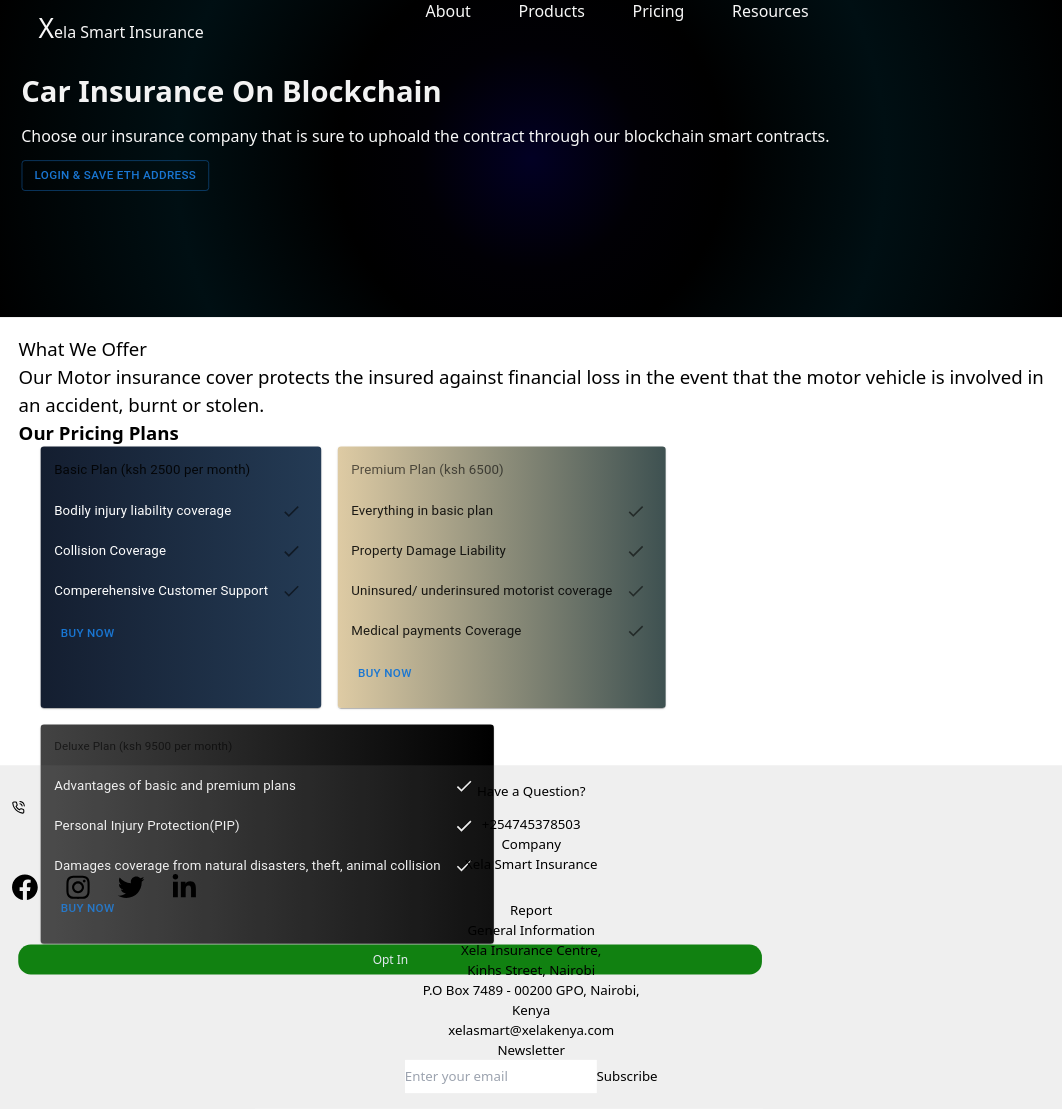
Repository: ALVIN-OBONYO/Xela-smart_insuarance
Page: / (app in frontend/)
An editor plug-in stored every save of this project. The page is shown before and after the next save, followed by the edit.
The browser window is 1280 px wide. The pictures show the whole page, at 83% of full size.
The project was rebuilt for these pictures with package versions that can differ from the ones it lists, and the page was loaded fresh each time. Also part of the build but not shown: frontend/src/Pages/Policies.jsx, frontend/src/Components/Calendar.css, frontend/src/Components/Calendar.jsx, frontend/src/Components/Input.js, frontend/src/Components/Upload.css, frontend/src/Components/Upload.js, frontend/src/Pages/ReportForm.jsx, frontend/src/Pages/Report.jsx and 2 more.

Above is the page before, as saved 2022-10-03 16:19:00.

### frontend/public/index.html
<!DOCTYPE html>
<html lang="en">
  <head>
    <meta charset="utf-8" />
    <link rel="icon" href="%PUBLIC_URL%/favicon.ico" />
    <meta name="viewport" content="width=device-width, initial-scale=1" />
    <meta name="theme-color" content="#000000" />
    <meta
      name="description"
      content="Web site created using create-react-app"
    />
    <link rel="apple-touch-icon" href="%PUBLIC_URL%/logo192.png" />
    <!--
      manifest.json provides metadata used when your web app is installed on a
      user's mobile device or desktop. See https://developers.google.com/web/fundamentals/web-app-manifest/
    -->
    <link rel="manifest" href="%PUBLIC_URL%/manifest.json" />
    <!--
      Notice the use of %PUBLIC_URL% in the tags above.
      It will be replaced with the URL of the `public` folder during the build.
      Only files inside the `public` folder can be referenced from the HTML.

      Unlike "/favicon.ico" or "favicon.ico", "%PUBLIC_URL%/favicon.ico" will
      work correctly both with client-side routing and a non-root public URL.
      Learn how to configure a non-root public URL by running `npm run build`.
    -->
    <title>React App</title>
  </head>
  <body>
    <noscript>You need to enable JavaScript to run this app.</noscript>
    <link
    href="https://unpkg.com/tailwindcss@^1.0/dist/tailwind.min.css"
    rel="stylesheet"
  />
  <script
    src="https://cdnjs.cloudflare.com/ajax/libs/web3/1.6.1/web3.min.js"
    integrity="sha512-5erpERW8MxcHDF7Xea9eBQPiRtxbse70pFcaHJuOhdEBQeAxGQjUwgJbuBDWve+xP/u5IoJbKjyJk50qCnMD7A=="
    crossorigin="anonymous"
    referrerpolicy="no-referrer"
  ></script>
    <div id="root"></div>
    <!--
      This HTML file is a template.
      If you open it directly in the browser, you will see an empty page.

      You can add webfonts, meta tags, or analytics to this file.
      The build step will place the bundled scripts into the <body> tag.

      To begin the development, run `npm start` or `yarn start`.
      To create a production bundle, use `npm run build` or `yarn build`.
    -->
  </body>
</html>

### frontend/src/index.js
import React from 'react';
import ReactDOM from 'react-dom/client';
import './index.css';
import App from './App';
import reportWebVitals from './reportWebVitals';
import { BrowserRouter } from 'react-router-dom';
const root = ReactDOM.createRoot(document.getElementById('root'));
root.render(
  <React.StrictMode>
     <BrowserRouter>
       <App />
    </BrowserRouter>
  </React.StrictMode>
);

// If you want to start measuring performance in your app, pass a function
// to log results (for example: reportWebVitals(console.log))
// or send to an analytics endpoint. Learn more: https://bit.ly/CRA-vitals
reportWebVitals();

### frontend/src/App.jsx
import './App.css';
import RoutePages from './Components/RoutePages';

function App() {
  return (
    <div className="App">
      <RoutePages/>
    </div>
  );
}

export default App;

### frontend/src/Components/RoutePages.jsx
import React from 'react'
import { Routes, Route} from 'react-router-dom'
import EntryPage from '../Pages/Entrypage'
import PolicyMaker from '../Pages/Policies'
import ReportForm from '../Pages/ReportForm'
import Report from '../Pages/Report'
import ReportInfo from '../Pages/ReportInfo'
import FormPagination from './FormPagination'
const RoutePages = () => {
    return (


   <Routes>

    <Route exact path="/" element={<EntryPage />} />
    <Route path="policy" element={<PolicyMaker />} />

    <Route path="report/2" element={<ReportForm/> } />
    <Route path="report/1" element={<ReportInfo />} />
    <Route path="report/*" element={<FormPagination />} />

   </Routes>


    )
}

export default RoutePages

### frontend/src/Pages/Entrypage.jsx
import React, {useState, useRef} from 'react'
import "../Components/Navbar.css"
import { FaTimes, FaBars, FaInstagram, FaTwitter, FaLinkedinIn, FaFacebook, } from 'react-icons/fa'
import {FiPhoneCall} from 'react-icons/fi'
import { Link} from 'react-router-dom'
import { loginWithEth } from '../Services/LoginWithEth'
import { truncateAddress } from '../Services/TruncateAddress'
import Web3 from 'web3'
import { getContractSymbol } from '../Services/Contract'
import TextField from '@mui/material/TextField'
import Button from "@mui/material/Button"
import FormGroup from "@mui/material/FormGroup"
import PlanCard from "../Components/Cards"
const Entrypage = () => {
        const [navButton, setNavButton] = useState(false)
        const [policy, setPolicy] = useState("")
        const switchNavState = () => setNavButton(!navButton)
        const buttonLogout = useRef(null)
        const yourAddress = useRef()
        window.userAddress = null



        window.onload = async () => {
            if (window.ethereum) {
                window.web3 = new Web3(window.ethereum)
            } else {
                alert("No ETH browser extension detected.")
            }
        }

        function showAddress() {
          if (!window.userAddress) {
            yourAddress.current.innerText = ""
            buttonLogout.current.classList.add("hidden")
             return false
        }

        yourAddress.innerText = `ETH Address: ${truncateAddress(window.userAddress)}`
        buttonLogout.classList.remove("hidden")
    }

         function logout() {
            window.userAddress = null
            window.localStorage.removeItem(buttonLogout)
            showAddress()
}

    return (
        <>
        <header>
        <nav id="my-nav">
        <h1 className='brand'><span className='X'>X</span>ela Smart Insurance</h1>
        <div className='toogleNav' onClick={switchNavState} >{navButton ?
        <div id="bars">

            <FaBars size="2.5em"/>
            </div> :
            <div className = "navflex">
            <div id="times">
                <FaTimes />
                </div>
            <h4>About</h4>
            <h4>Products</h4>
            <h4>Pricing</h4>
            <h4>Resources</h4>
            </div>

}
        </div>
        <div className='nav-section'>
            <h4>About</h4>
            <h4>Products</h4>
            <h4>Pricing</h4>
            <h4>Resources</h4>
        </div>
        </nav>
        <section className="top-descr" id='top'>
            <h1 id="top-h3">Car Insurance On Blockchain</h1>
            <p id="top-pg">Choose our insurance company that is sure to uphoald the contract through our blockchain smart contracts.</p>
            <div id="policy-sec">
                {/* <FormGroup row >
               <TextField
                variant="outlined"
                placeholder='Enter your policy number'
                sx={{
                    borderRadius: 0,
                    padding: 0
                }}
                />
                <Button variant="contained" sx={{
                    borderRadius: 0,
                    padding: "6px"
                }}>Verify</Button>
                    </FormGroup> */}

            <Button variant="outlined" onClick={loginWithEth}>Login & Save ETH Address
                </Button>
                <p id="userAddress" className="text-gray-600" ref={yourAddress}></p>
                <button id="logoutButton" onClick={logout} className="hidden text-blue-500 underline" ref={buttonLogout}>Logout</button>
                           </div>
        </section>
        </header>
        <div className='about-descr' id="descr">
            <h2>What We Offer</h2>
            <p>
            Our Motor insurance cover protects the insured against financial loss in the event that the motor vehicle is involved in an accident, burnt or stolen.</p>

            <p>


<b>Our Pricing Plans</b>
</p>
<PlanCard />
            <Link to="/policy"><button id="buy-policy" onClick={getContractSymbol}>Opt In</button></Link>
        </div>
        <div id="land-footer">
            <div>
            <h2>Have a Question?</h2>
             <h3><FiPhoneCall /> +254745378503</h3>
             <h2>Company</h2>
             <h3>Xela Smart Insurance</h3>
             <div id="social-icons">
               <FaFacebook size="2em"/>
               <FaInstagram size="2em"/>
               <FaTwitter size="2em"/>
               <FaLinkedinIn size="2em"/>
             </div>
             <div>
                <Link to="/report/1">Report</Link>
                <h2>General Information</h2>
                <h4>Xela Insurance Centre,</h4>
                <h4>Kinhs Street, Nairobi</h4>
                <h4>P.O Box 7489 - 00200 GPO, Nairobi,</h4>
                <h4>Kenya</h4>
                <h4>xelasmart@xelakenya.com</h4>
                <h2>Newsletter</h2>
                <input type="text" placeholder="Enter your email" />
                <button>Subscribe</button>
             </div>
            </div>
        </div>
        </>
    )
}

export default Entrypage

### frontend/src/Components/Navbar.css
nav {
    width: 100vw;
    display: flex;
    justify-content: flex-start;
    align-items: flex-start;
}

.brand {
    flex-grow: 1;
    text-align: start;
    padding-left: 2.9rem;
    margin-top: 0.6rem;
    font-size: 1.2rem;
}

.X {
    font-size: 2rem;

}
.nav-section {
    display: flex;
    flex-grow: 1;
    gap: 3em;
    font-size: 1.2rem;
    padding-right: 2em;
    justify-content: flex-start;
    align-items: center;
}
.top-descr, .about-descr  {
    margin-top: 0;
    padding: 1em;
    text-align: justify;
    font-size: 1.6rem;
    height: 45vh;

}


#descr {
    font-size: 1.4rem;
    height: 75vh;
    position: relative;
}

#top > h1 {
    font-size: 2.2rem;
    font-weight: 700;
    color: rgba(255, 255, 255, 0.952);
    margin-bottom: 0.4em;

}
header {
    background: rgb(2,0,36);
background: radial-gradient(circle, rgba(2,0,36,1) 0%, rgba(1,0,5,1) 20%, rgba(0,0,0,1) 35%, rgba(0,15,19,1) 64%, rgba(0,0,0,1) 100%);
    color: rgb(248, 248, 248);
}


#top-pg {

    font-size: 1.2rem;
    margin-bottom: 0.9rem;
}
#policy-sec {
    display: flex;
    gap: 0.8em;

}
input[type=text] {
    flex-grow: 1;
    height: 2.5em;
}
#btn-policy {
    background-color: rgb(0, 39, 90);
    flex-grow: 1;
    color: wheat;
    border: none;
    margin-top: 0.8em;
    border-radius: 5px;
    padding: 0.6rem;
    font-size: 1.4rem;
    font-weight: 500;

}
#buy-policy {
    width: 70vw;
    height: 2.5em;
    border: none;
    background-color: #008000;
    color:aliceblue;
    font-size: 0.9rem;
    border-radius: 15px;
}
#social-icons {
    display: flex;
    gap: 2em;
}
#land-footer {
    background-color: rgba(128, 128, 128, 0.13);
    position: relative;
    padding: 1.2em  0.9em;
}

.navflex {
    display: flex;
    flex-direction: column;
    justify-content: center;
    align-items: center;
    gap: 2em;
    background-color: rgba(19, 20, 27, 0.918);
    color: white;
    width: 100vw;
    height: 100vh;
    right: 0;
    top: 0;
    position: absolute;
    text-transform: uppercase;
    /* animation-name: ${navanim}; */
}
@media screen and (max-width: 600px){
   .nav-section {

      display: none;
   }


}

@media screen and (min-width: 600px){
    .toogleNav {
        display: none;
        padding: 1.3em;
    }
}

### frontend/src/Services/LoginWithEth.js
import { showAddress } from "./showAddress";
export async function loginWithEth() {
    if (window.web3) {
        try {
            const selectedAccount = await window.ethereum.request({
                method: "eth_requestAccounts"
            })
            .then((accounts) => accounts[0])
            .catch(() => {
                throw Error("No account selected!")
            })

          window.userAddress = selectedAccount;
          window.localStorage.setItem("userAddress", selectedAccount);
        //   showAddress()
        }
        catch (error) {
            console.error(error)
        }
    } else {
        alert("No ETH browser extension detected.");
    }
}

### frontend/src/Services/TruncateAddress.js
export function truncateAddress(address) {
    if (!address) {
        return "";
    }
    return `${address.substr(0, 5)}...${address.substr(
        address.length - 5,
        address.length
      )}`;
}

### frontend/src/Services/Contract.js
window.ABI = require('./contract-abi.json')
export async function getContractSymbol() {
    const CONTRACT_ADDRESS = "0x1A5b30a61CED9B4D9c209E7F1d2fbD38657f8EB1"

    const contract = new window.web3.eth.Contract(
        window.ABI,
        CONTRACT_ADDRESS
    )

    const symbol = await contract.methods.symbol().call({
        from: window.userAddress    })

    alert(`Contract ${CONTRACT_ADDRESS} Symbol: ${symbol}`);
}

### frontend/src/Components/Cards.jsx
import * as React from 'react'
import Box from '@mui/material/Box'
import Card from '@mui/material/Card'
import CardActions from '@mui/material/CardActions'
import CardContent from '@mui/material/CardContent'
import Button from '@mui/material/Button'
import Typography from '@mui/material/Typography'
import {MdDone} from 'react-icons/md'
import List from '@mui/material/List'
import ListItem from '@mui/material/ListItem'
import ListItemText from '@mui/material/ListItemText'
import  IconButton  from '@mui/material/IconButton'

const planValues = [
    {id: 1, text: "Bodily injury liability coverage"},
    {id: 2, text: "Collision Coverage"},
    {id: 3, text: "Comperehensive Customer Support"}

]

const premium = [
    {id: 1, text: "Everything in basic plan"},
    {id: 2, text: "Property Damage Liability"},
    {id: 3, text: "Uninsured/ underinsured motorist coverage"},
    {id: 3, text: "Medical payments Coverage"},
]

const deluxe = [
    {id: 1, text: "Advantages of basic and premium plans"},
    {id: 2, text: "Personal Injury Protection(PIP)"},
    {id: 3, text: "Damages coverage from natural disasters, theft, animal collision"},

]
const PlanCard = () => {
    return (
        <Box sx={{ display: "flex", mx: "1.2em", flexDirection: "row", flexWrap: "wrap", gap: "0.9em"}}>
        <Card sx={{background: 'linear-gradient(to right, #141e30, #243b55)', color: 'white'}}>
        <CardContent>
            <Typography sx={{ fontSize: 16}} color="text.primary" gutterBottom>
                Basic Plan   (ksh 2500 per month)
            </Typography>
            <List sx={{ width: '100%'}}>
                {planValues.map((elem)=> (
                <ListItem key={elem.id} disableGutters secondaryAction={
                    <IconButton>
                        <MdDone />
                    </IconButton>
                }>
                <ListItemText primary={elem.text} />
                </ListItem>
                ))}
            </List>
            <Button>Buy Now</Button>
        </CardContent>
        </Card>
        <Card sx={{background: "linear-gradient(to right, #DECBA4, #3E5151)"}}>
        <CardContent>
            <Typography sx={{ fontSize: 16}} color="text.secondary" gutterBottom>
                Premium Plan   (ksh 6500)
            </Typography>
            <List sx={{ width: '100%'}}>
                {premium.map((elem)=> (
                <ListItem key={elem.id} disableGutters secondaryAction={
                    <IconButton>
                        <MdDone />
                    </IconButton>
                }>
                <ListItemText primary={elem.text} />
                </ListItem>
                ))}
            </List>
            <Button>Buy Now</Button>
        </CardContent>
        </Card>
        <Card sx={{background: "linear-gradient(to right, #434343 0%, black 100%)", color: "white"}}>
        <CardContent>
            <Typography sx={{ fontSize: 14}} color="text.secondary" gutterBottom>
                Deluxe Plan   (ksh 9500 per month)
            </Typography>
            <List sx={{ width: '100%'}}>
                {deluxe.map((elem)=> (
                <ListItem key={elem.id} disableGutters secondaryAction={
                    <IconButton>
                        <MdDone color="white"/>
                    </IconButton>
                }>
                <ListItemText primary={elem.text} />
                </ListItem>
                ))}
            </List>
            <Button>Buy Now</Button>
        </CardContent>
        </Card>
        </Box>
    )
}

export default PlanCard

Loaded but not shown: frontend/src/index.css (common file); frontend/src/reportWebVitals.js (common file); frontend/src/App.css (common file); frontend/src/Services/contract-abi.json (501 lines, source omitted); frontend/src/Services/showAddress.js (no stored copy; drawn as an empty file)

After the next save:
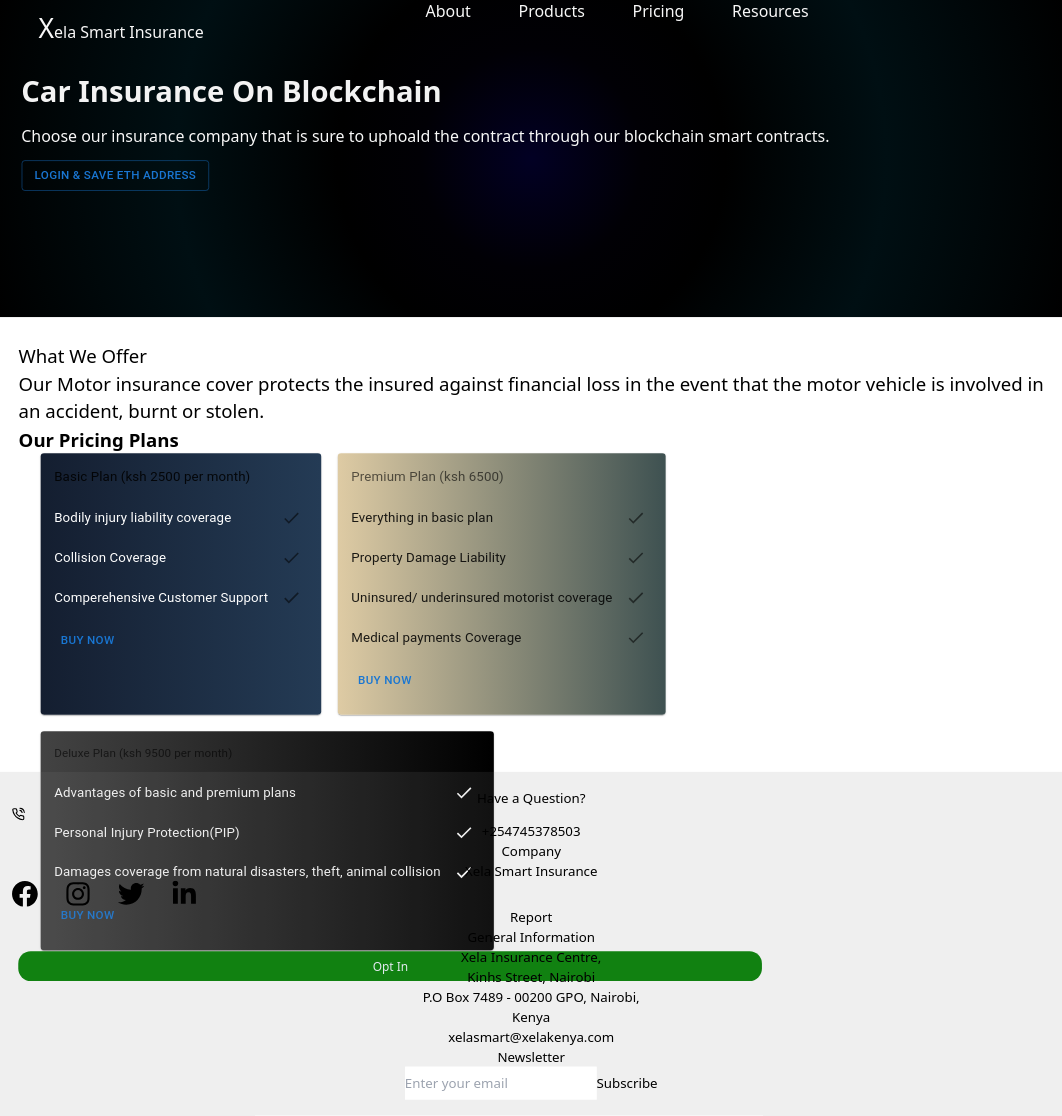
Saved 6 min 17 s later.
--- a/frontend/src/Components/Navbar.css
+++ b/frontend/src/Components/Navbar.css
@@ -26,7 +26,7 @@ nav {
     justify-content: flex-start;
     align-items: center;
 }
-.top-descr, .about-descr  {
+.top-descr  {
     margin-top: 0;
     padding: 1em;
     text-align: justify;
@@ -37,6 +37,9 @@ nav {
 
 
 #descr {
+    margin-top: 0.5rem;
+    padding: 1em;
+    text-align: justify;
     font-size: 1.4rem;
     height: 75vh;
     position: relative;
